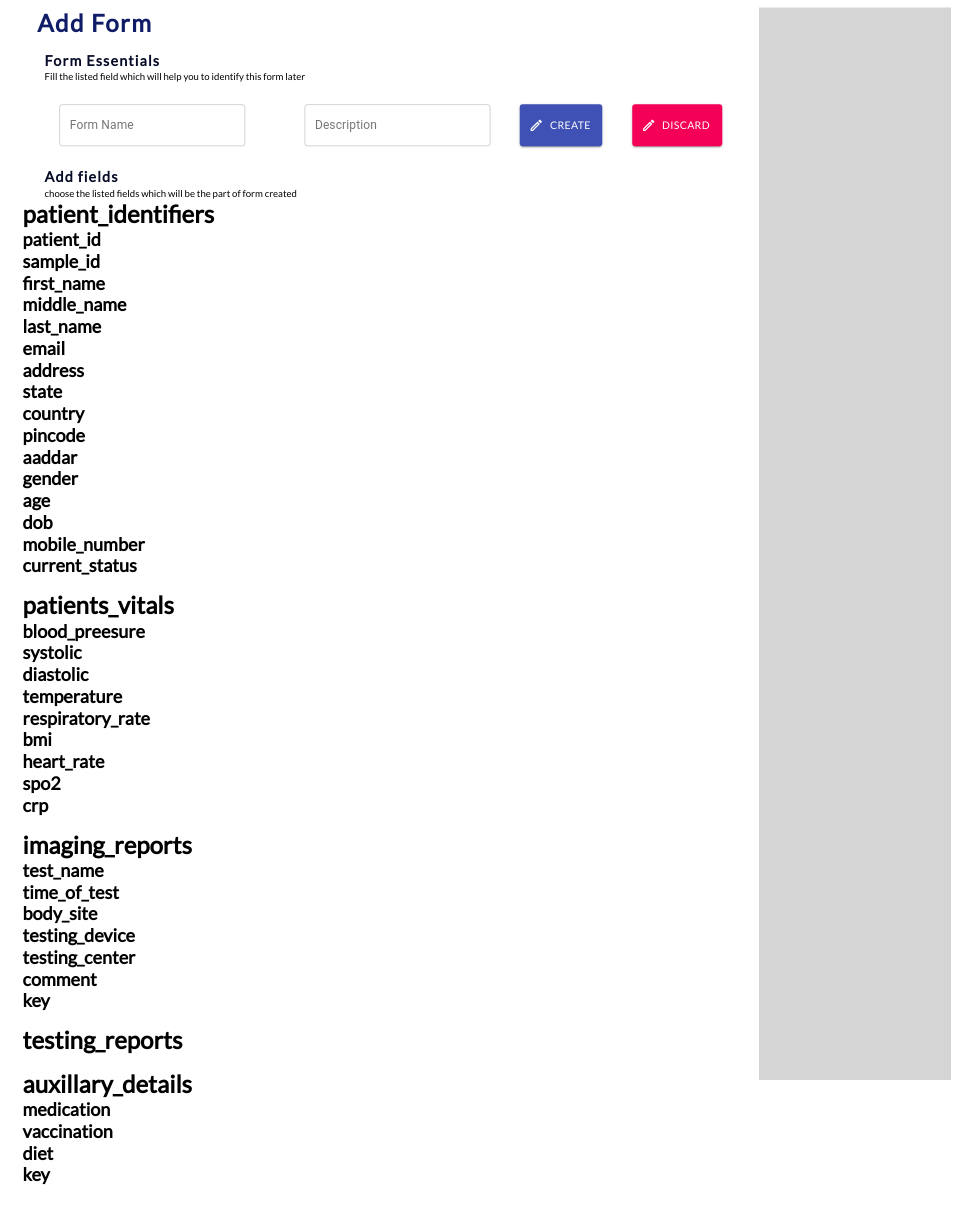
Repository: Architjain128/df
Page: /add
These files come from the project's save history. The page is drawn as it stood at one moment and after a run of saves; the edit follows.
The browser window is 1280 px wide. The pictures show the whole page, at 75% of full size.
The project was rebuilt for these pictures with package versions that can differ from the ones it lists, and the page was loaded fresh each time. Also part of the build but not shown: src/App.css, src/dftable.js, src/dataForm.js.

Above is the page before, as saved 2021-06-25 17:37:34.

After the next 5 saves:
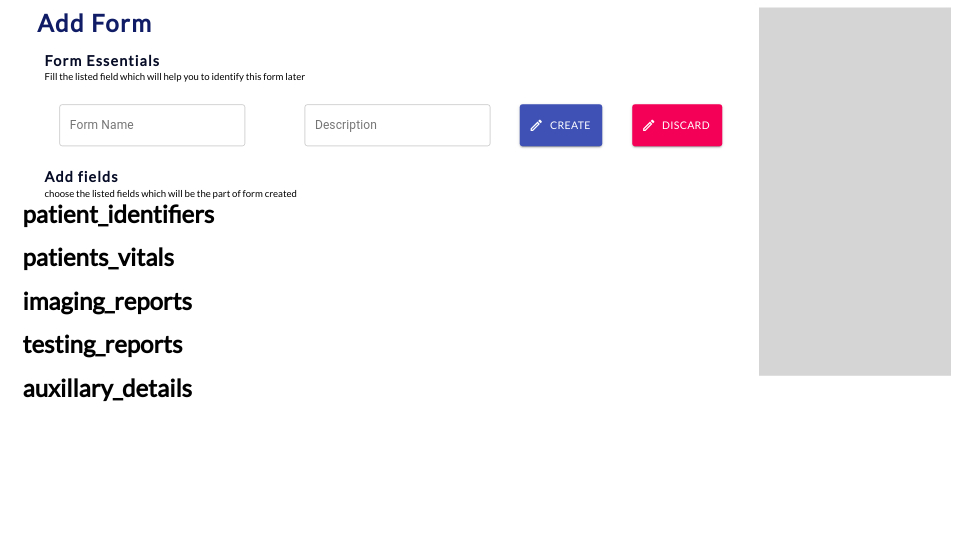
The 5 saves are shown as one change because 1 did not build or start and some came seconds apart.
The last was saved 28 s later.
--- a/src/addDataForm.js
+++ b/src/addDataForm.js
@@ -23,6 +23,7 @@
     listit=(data,level)=>{
         var ro=[]
         for (var c in data) {
+            if(level===1)
             ro.push(<h2>{data[c]['name']}</h2>);
             console.log(data[c]['name'])
         }

After the save that followed:
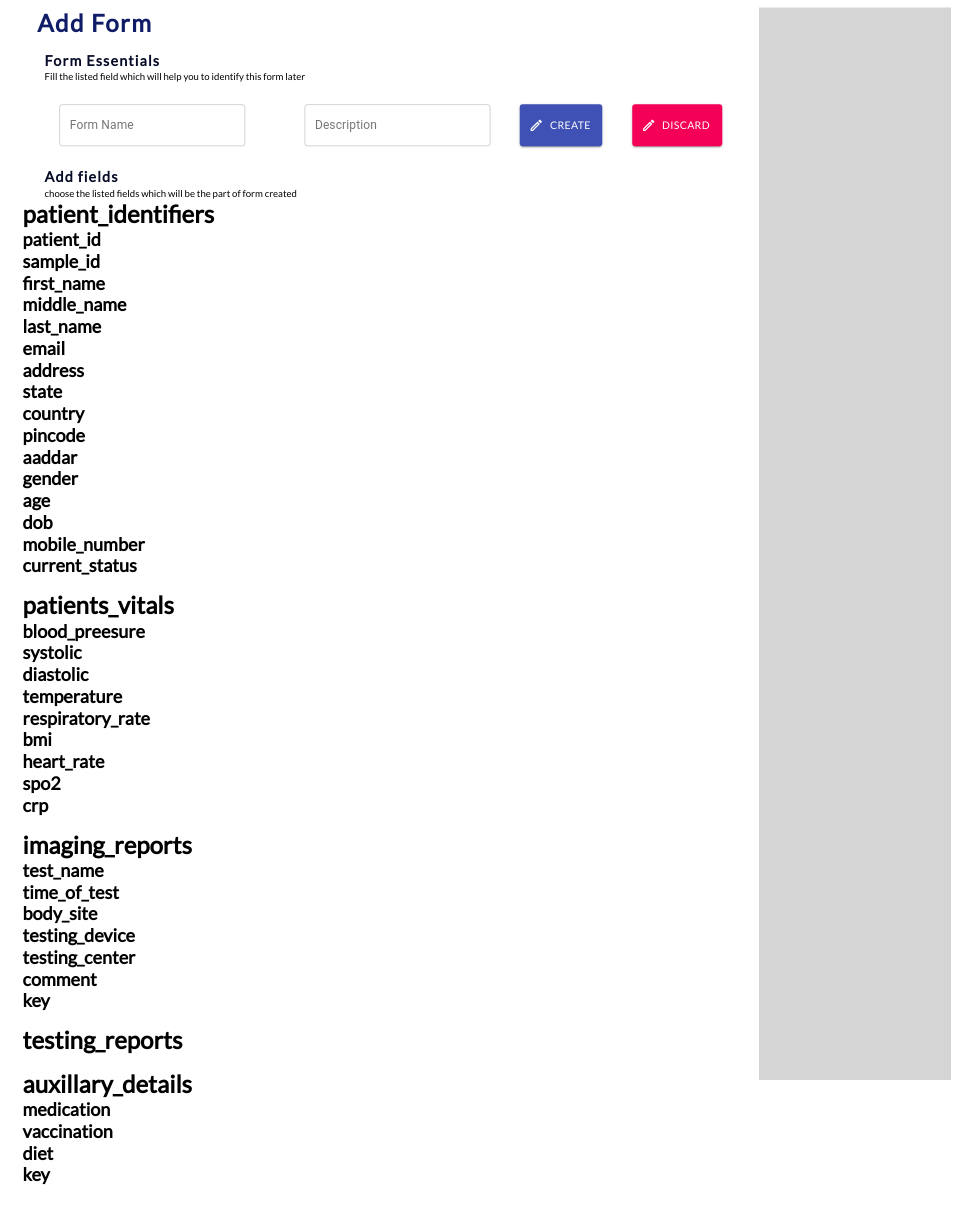
Saved 4 s later.
--- a/src/addDataForm.js
+++ b/src/addDataForm.js
@@ -23,7 +23,12 @@
     listit=(data,level)=>{
         var ro=[]
         for (var c in data) {
-            if(level===1)
+            if(level===1){
+
+            }
+            else{
+
+            }
             ro.push(<h2>{data[c]['name']}</h2>);
             console.log(data[c]['name'])
         }
